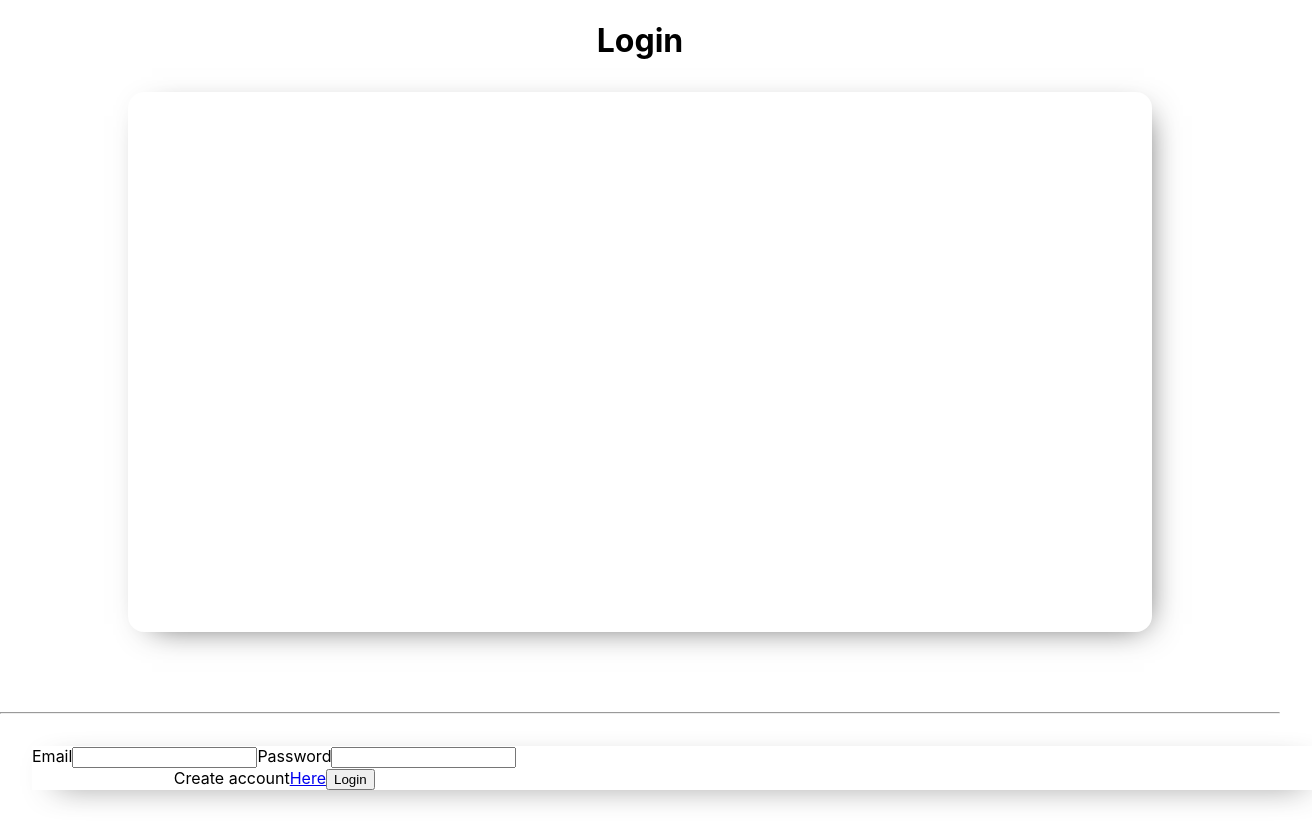
Repository: TendaniSadiki/revelation-e-commerce
Page: /login
These files come from the project's save history. The page is drawn as it stood at one moment and after a run of saves; the edit follows.
The browser window is 1280 px wide. The page is 1312 px wide, so the pictures cover 1312 px, including what lies to the right of the window. The pictures show the whole page.
The project was rebuilt for these pictures with package versions that can differ from the ones it lists, and the page was loaded fresh each time. Also part of the build but not shown: src/Components/Navbar.css, src/Components/Navbar.js, src/Components/CardStyle.css, src/Components/IndividualProduct.js, src/Components/Products.js, src/Components/IndividualCartProduct.js, src/Components/CartProduct.js, src/Components/Home.js and 8 more. Imported but missing from the stored project, and not drawn on this page: src/Components/Pages/Sale/Sale.

Above is the page before, as saved 2022-11-10 15:18:01.

### src/App.js
import logo from './logo.svg';
import './App.css';
import { Home } from './Components/Home';
import {BrowserRouter,Routes,Route} from 'react-router-dom'
import { Login } from './Components/Login';
import { Signup } from './Components/Signup';
import { NotFound } from './Components/NotFound';

import { Cart } from './Components/Cart';
import { AddProduct } from './Components/AddProduct';
import ProductView from './Components/ProductView';
import Sale from './Components/Pages/Sale/Sale';
import Summer from './Components/Pages/Summer/Summer';
import Winter from './Components/Pages/Sale/Sale';
import Accessories from './Components/Pages/Accessories/Accessories';



function App() {
  return (
    <div className="App">
      <BrowserRouter>

      <Routes>
        <Route path="/" element={<Home/>}/>
        <Route path="/login" element={<Login/>}/>
        <Route path ="/signup" element={<Signup/>}/>
        <Route path ="/cart" element={<Cart/>}/>
        <Route path = '/add-product' element={<AddProduct/>}/>
        <Route path = '/product-view' element={<ProductView/>}/>
        <Route path ='/sale' element={<Sale/>}/>
        <Route path = '/summer' element={<Summer/>}/>
        <Route path = '/winter' element={<Winter/>}/>
        <Route path = '/accessories' element={<Accessories/>} />



      </Routes>
      </BrowserRouter>


    </div>
  );
}

export default App;

### src/Components/Login.js
import React,{useState} from 'react'
import fire from '../Config/Config';
import {Link, useNavigate} from 'react-router-dom'
import './Login.css'
export const Login = () => {
    const navigate = useNavigate();
    const [email ,setEmail] = useState("");
    const [password, setPassword]= useState("");
    const [errorMsg ,setErrorMsg] = useState("");
    const [succcessMsg, setSuccessMsg]= useState("");


    const handleLogin=(e)=>{
        e.preventDefault()
        fire.auth().signInWithEmailAndPassword(email,password).then((credentials)=>{
            console.log(credentials)
                setSuccessMsg("Login Successfull. You will be redirected to Home")

                setEmail("");
                setPassword("");
                setErrorMsg("");
              setTimeout(()=>{
                setSuccessMsg("");
                navigate("/")
              },3000)

            })


    }

  return (
    <div className="main-Login">
       <h1>Login</h1>
       <div className="login-contain"></div>
    <br></br>
    <br></br>

    <hr></hr>
    {succcessMsg&& <>
    <div className='success-msg'>{succcessMsg}</div>
    <br></br>
    </>}

    <div className="left-side">
    <form className='form-group' autoComplete='off' onSubmit={handleLogin}>

        <lable>Email</lable>
        <input type='email' className='form-control' required onChange={(e)=>setEmail(e.target.value)} value={email}/>
        <lable>Password</lable>
        <input type='password' className='form-control' required onChange={(e)=>setPassword(e.target.value)} value={password}/>
        <br></br>
       <div className='btn-box'>
        <span>Create account
            <Link to="/signup" className="text">Here</Link></span>
            <button type='submit' className="login-btn">Login</button>
       </div>
    </form>
    </div>
    <div className="right-side"></div>

    {errorMsg&& <>
        <div className='error-msg'>{errorMsg}</div>
        <br></br>
    </>}
    </div>
  )
}

### src/Config/Config.js
import firebase from 'firebase/compat/app';
import 'firebase/compat/auth';
import 'firebase/compat/firestore';
import 'firebase/compat/storage'
const config = {
    // apiKey: "AIzaSyB8CB9NLa1vbsREct9x7r2QWNzl0fXx3YA",
    // authDomain: "apparelbase-76671.firebaseapp.com",
    // projectId: "apparelbase-76671",
    // storageBucket: "apparelbase-76671.appspot.com",
    // messagingSenderId: "101281494605",
    // appId: "1:101281494605:web:acb62d132a8456585d8e04",
    // measurementId: "G-S25VVVM4TB"
    apiKey: "AIzaSyDG8_Lz9ggCm-gA1UM6TftJoSnTX7m-NWw",
    authDomain: "revelationapp-390bd.firebaseapp.com",
    databaseURL: "https://revelationapp-390bd-default-rtdb.firebaseio.com",
    projectId: "revelationapp-390bd",
    storageBucket: "revelationapp-390bd.appspot.com",
    messagingSenderId: "465444417647",
    appId: "1:465444417647:web:d4d93f9638925eab26dd9a"
};


const fire = firebase.initializeApp(config);
export const storage  = fire.storage();
export const db = fire.firestore();
export const auth = fire.auth()

export default fire;

### src/Components/Login.css


.main-login{
    min-height: 100vh;
    min-width: 100vw;
    overflow-x:hidden ;
    background: linear-gradient(to right, rgba(255,255,255) 50% );

}

.login-contain{
        height: 75vh;
        width: 80%;
        background: linear-gradient(to right bottom, rgba(236,236,236. 0.7), rgba(236,236,236, 0.3));
        border-radius: 1rem;
        margin: 2rem auto;
        box-shadow: 0.5rem 0.5rem 2rem -1rem rgb(57, 57, 57);
        display: flex;
        justify-content: center;
        align-items: center;
}

.left-side,.right-side{
    margin: 2rem 2rem;
    box-shadow: 0.5rem 0.5rem 2rem -1rem rgb(58, 57, 57);
    height: 80%;
    width: 100%;
}
.left-side{
    display: flex;
    align-items: center;
    flewx
}

Loaded but not shown: public/index.html (common file); src/index.js (common file); src/index.css (common file); src/reportWebVitals.js (common file); src/App.css (common file)

After the next 6 saves:
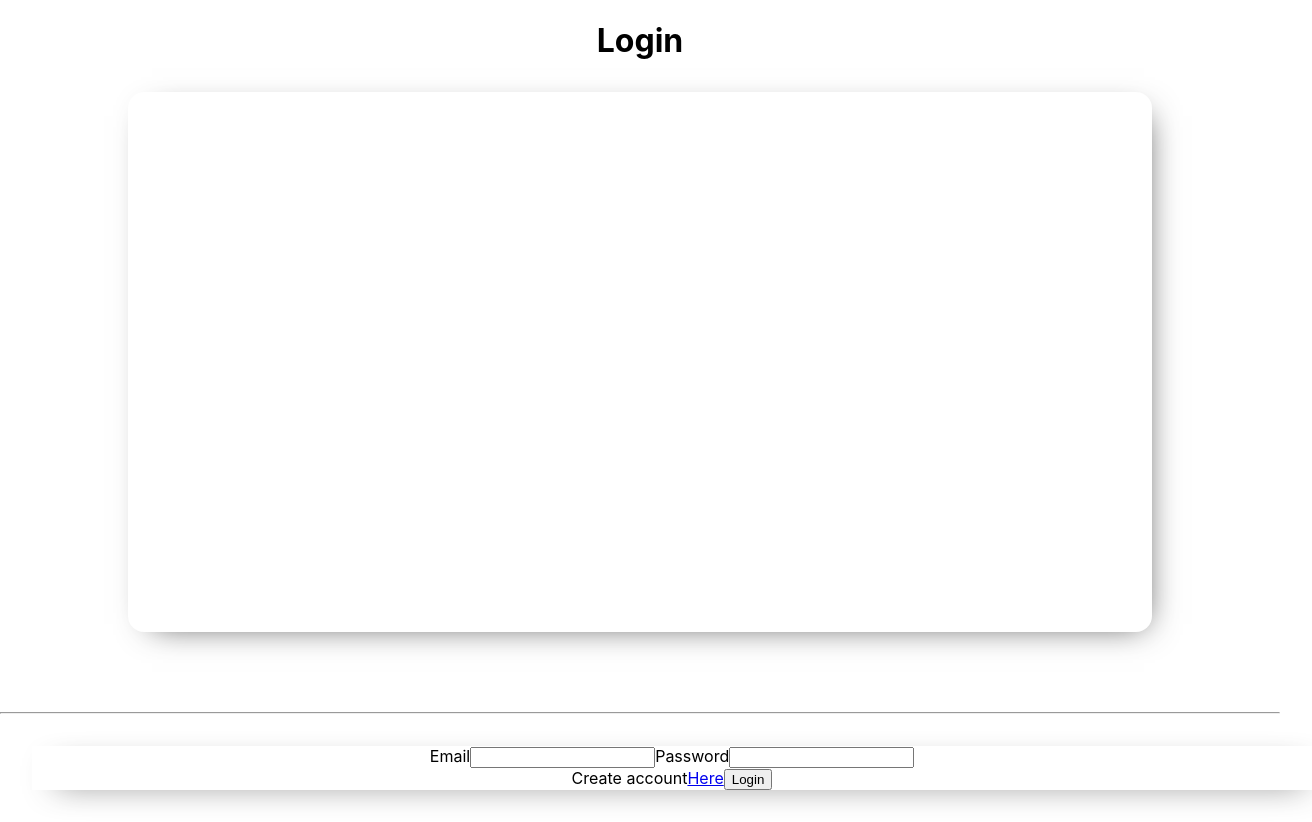
The 6 saves are shown as one change because they came seconds apart.
The last was saved 12 s later.
--- a/src/Components/Login.css
+++ b/src/Components/Login.css
@@ -29,5 +29,6 @@
 .left-side{
     display: flex;
     align-items: center;
-    flewx
+    flex-direction: column;
+    justify-content: center;
 }
